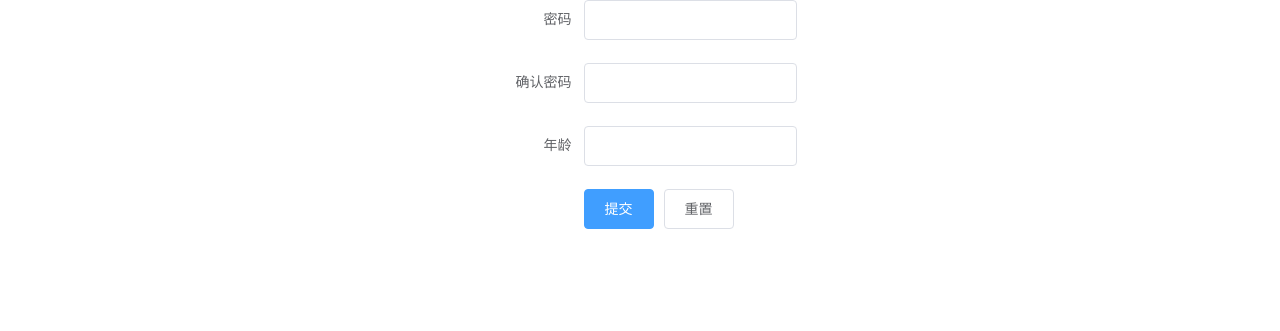
Repository: jinggegeZ/cnode
Page: /login
The author's editor kept a copy of each file at every save. The page is drawn from the files as they stood at one save, then again after the next save.
The browser window is 1280 px wide. The pictures show the whole page.
The project was rebuilt for these pictures with package versions that can differ from the ones it lists, and the page was loaded fresh each time. Also part of the build but not shown: src/views/Home.vue, src/components/top/top.vue, src/components/right/right.vue, src/components/below/below.vue, src/views/layout1/layout.vue.

Above is the page before, as saved 2020-06-05 15:44:07.

After the next save:
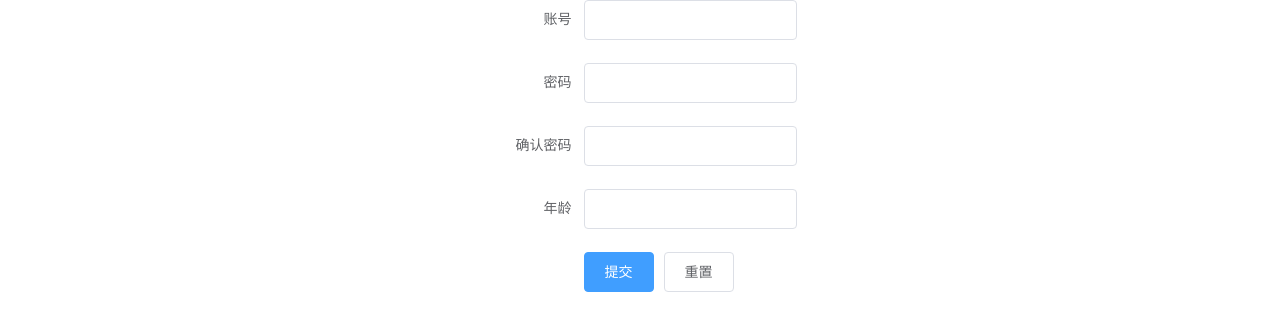
Saved 111 s later.
--- a/src/views/login/login.vue
+++ b/src/views/login/login.vue
@@ -2,6 +2,9 @@
  <div class="continar">
     <div class="box">
       <el-form :model="ruleForm" status-icon :rules="rules" ref="ruleForm" label-width="100px" class="demo-ruleForm">
+        <el-form-item label="账号" prop="username">
+        <el-input type="username" v-model="ruleForm.pass" autocomplete="off"></el-input>
+        </el-form-item>
         <el-form-item label="密码" prop="pass">
         <el-input type="password" v-model="ruleForm.pass" autocomplete="off"></el-input>
         </el-form-item>
